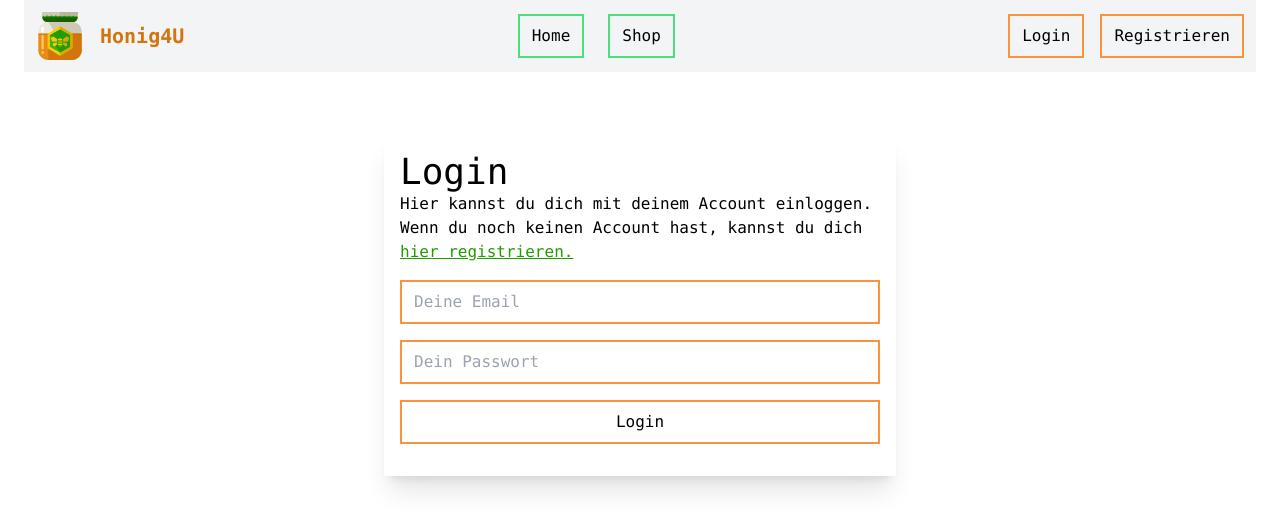
Repository: cainytheslave/PHPHonigShop
Page: http://localhost/login.php
These files come from the project's save history. The page is drawn as it stood at one moment and after the next save; the edit follows.
The browser window is 1280 px wide. The pictures show the whole page.
The page is run by PHP 8.4 with error messages shown; the project is at /var/www/html/. Style sheets and scripts are compiled from the project's sources, by tool versions that may differ from the author's.

Above is the page before, as saved 2022-03-11 02:04:28.

After the next save:
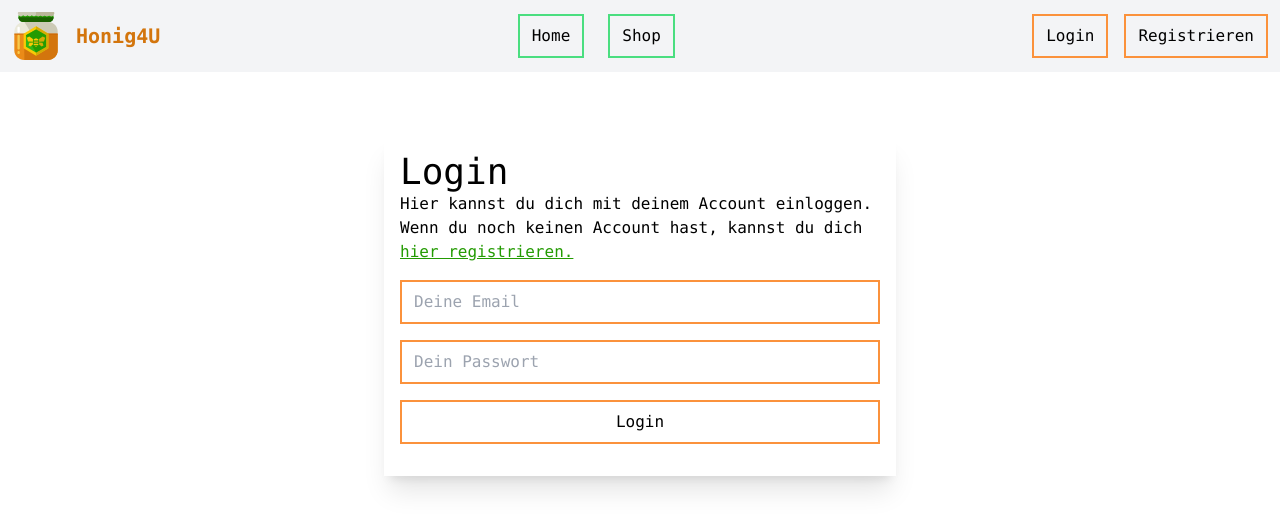
Saved 9 s later.
--- a/login.php
+++ b/login.php
@@ -68,11 +68,11 @@ if (isset($_POST['login'])) {
     <?php include('includes/head.inc.php') ?>
 </head>
 
-<body class="px-6 font-mono">
+<body class="font-mono">
 
     <?php include('includes/header.inc.php') ?>
 
-    <main class="flex flex-col gap-16 py-16 mx-auto max-w-7xl">
+    <main class="flex flex-col gap-16 px-6 py-16 mx-auto max-w-7xl">
 
         <!-- Fehlermeldungen -->
         <?php if (isset($errors)) echo Komponente::alert(true, $errors) ?>
